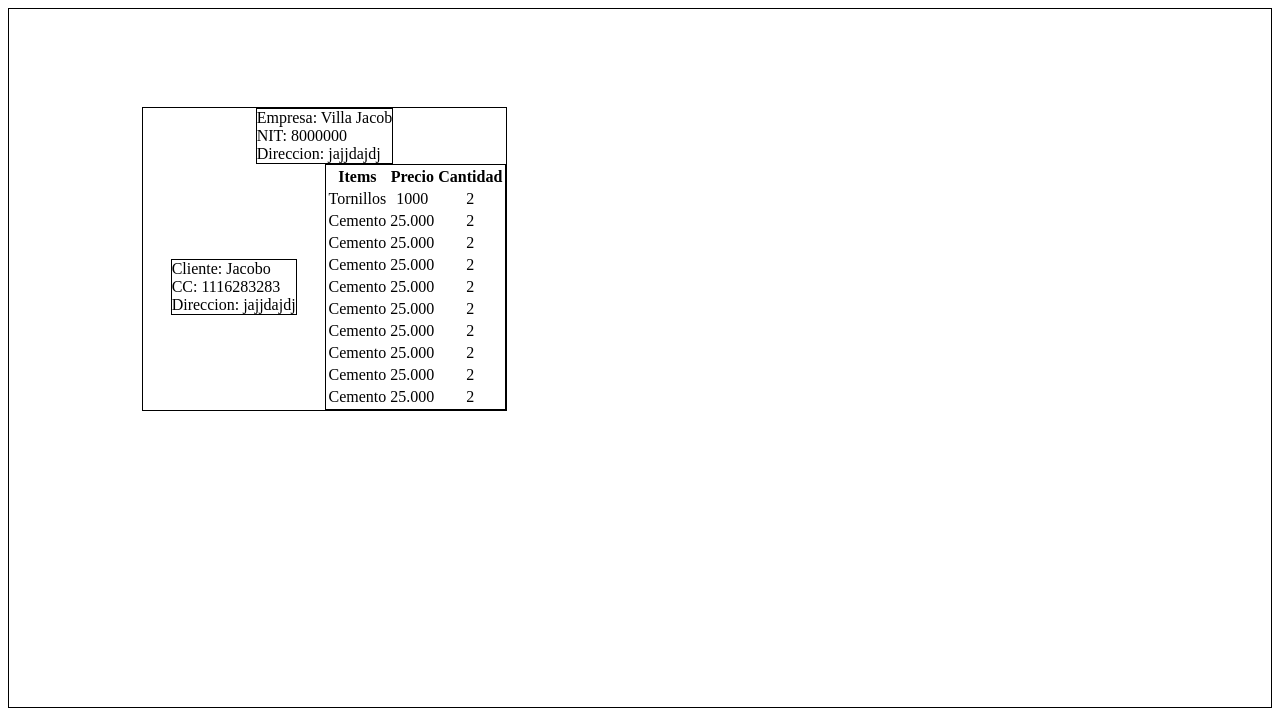
Repository: MrVanQish/FacturaEstructura
Page: index.html
The author's editor kept a copy of each file at every save. The page is drawn from the files as they stood at one save, then again after the next save.
The browser window is 1280 px wide. The pictures show the whole page.

Above is the page before, as saved 2021-09-29 10:09:22.

### index.html
<!DOCTYPE html>
<html lang="en">
<head>
    <meta charset="UTF-8">
    <meta http-equiv="X-UA-Compatible" content="IE=edge">
    <meta name="viewport" content="width=device-width, initial-scale=1.0">
    <title>Document</title>
    <link rel="stylesheet" href="styles.css">
</head>
<body>

    <div class="wrapper">

        <div class="factura1">
                <div class="infoEmpresa-f">
                    Empresa: Villa Jacob
                    <br>
                    NIT: 8000000
                    <br>
                    Direccion: jajjdajdj
                </div>
                <div class="infoCliente-f">
                    Cliente: Jacobo
                    <br>
                    CC: 1116283283
                    <br>
                    Direccion: jajjdajdj
                </div>
                <div class="items-f">

                    <table>

                        <tr>

                            <th>Items</th>

                            <th>Precio</th>

                            <th>Cantidad</th>


                        </tr>

                          <tr>

                            <td>Tornillos</td>

                            <td>1000</td>

                            <td>2</td>

                          </tr>

                          <tr>

                            <td>Cemento</td>

                            <td>25.000</td>

                            <td>2</td>

                          </tr>


                          <tr>

                            <td>Cemento</td>

                            <td>25.000</td>

                            <td>2</td>

                          </tr>

                          <tr>

                            <td>Cemento</td>

                            <td>25.000</td>

                            <td>2</td>

                          </tr>

                          <tr>

                            <td>Cemento</td>

                            <td>25.000</td>

                            <td>2</td>

                          </tr>

                          <tr>

                            <td>Cemento</td>

                            <td>25.000</td>

                            <td>2</td>

                          </tr>

                          <tr>

                            <td>Cemento</td>

                            <td>25.000</td>

                            <td>2</td>

                          </tr>


                          <tr>

                            <td>Cemento</td>

                            <td>25.000</td>

                            <td>2</td>

                          </tr>


                          <tr>

                            <td>Cemento</td>

                            <td>25.000</td>

                            <td>2</td>

                          </tr>

                          <tr>

                            <td>Cemento</td>

                            <td>25.000</td>

                            <td>2</td>

                          </tr>






                      </table>



                </div>

                <!-- //t -->
            <div class="body-f">

            </div>
        </div>


    </div>

</body>
</html>

### styles.css
@page {
    size: A4 landscape;
}

.wrapper {
    height: 97vh;
    border: 1px solid #000;
    display: grid;
    grid-template-columns: 1fr 1fr;
    grid-template-rows: 500px;
    grid-template-areas:
      "f1 f2";
  }

  .factura1 {

    display: grid;
    grid-area: f1;
    align-self: center;
    justify-self: center;
    border: 1px solid #000;
    grid-template-columns: 1fr 1fr;
    grid-template-rows: 1fr auto;
    grid-template-areas:
      "infoEmpresa-f infoEmpresa-f"
      "infoCliente-f items-f" ;
  }


.infoEmpresa-f{

    grid-area: infoEmpresa-f;
    border: 1px solid #000;
    align-self: center;
    justify-self: center;

}

.infoCliente-f{
    grid-area: infoCliente-f;
    border: 1px solid #000;
    align-self: center;
    justify-self: center;
}

.items-f{
    grid-area: items-f;
    border: 1px solid #000;
    align-self: center;
    justify-self: center;
    text-align: center;
}

After the next save:
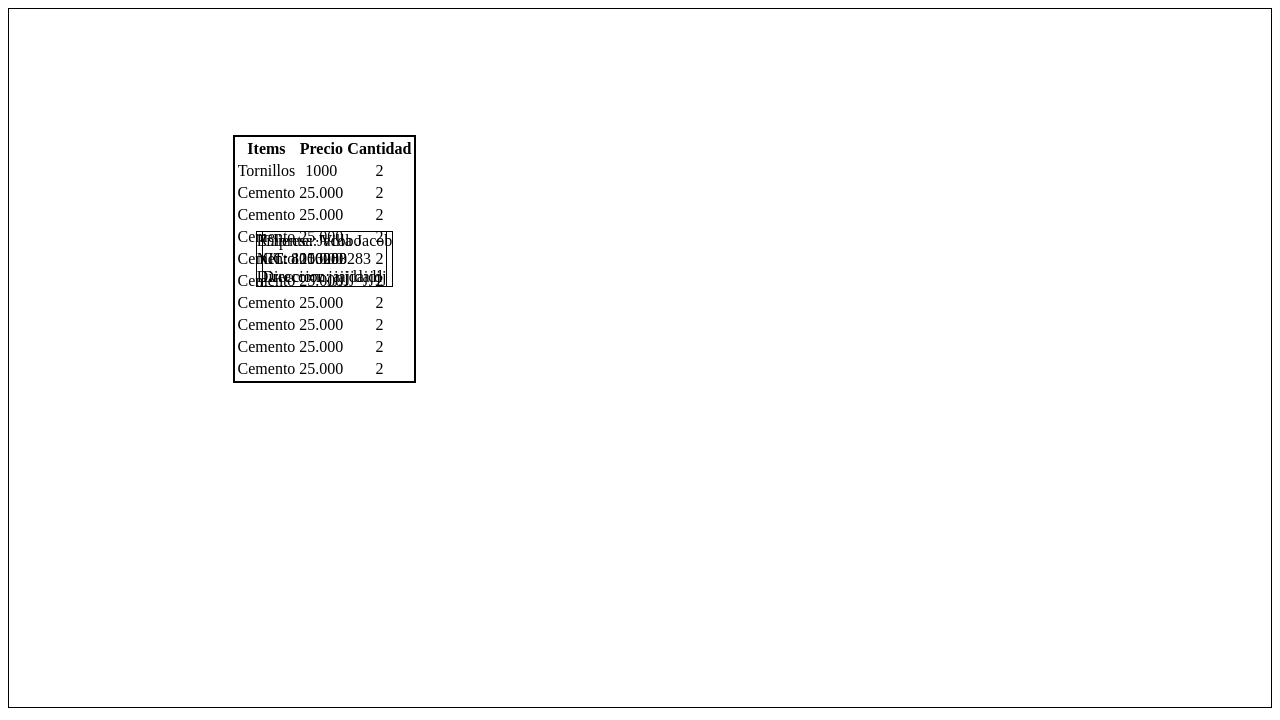
Saved 20 s later.
--- a/styles.css
+++ b/styles.css
@@ -22,7 +22,7 @@
     grid-template-columns: 1fr 1fr;
     grid-template-rows: 1fr auto;
     grid-template-areas:
-      "infoEmpresa-f infoEmpresa-f"
+      "infoEmpresa-f"
       "infoCliente-f items-f" ;
   }
 

After the save that followed:
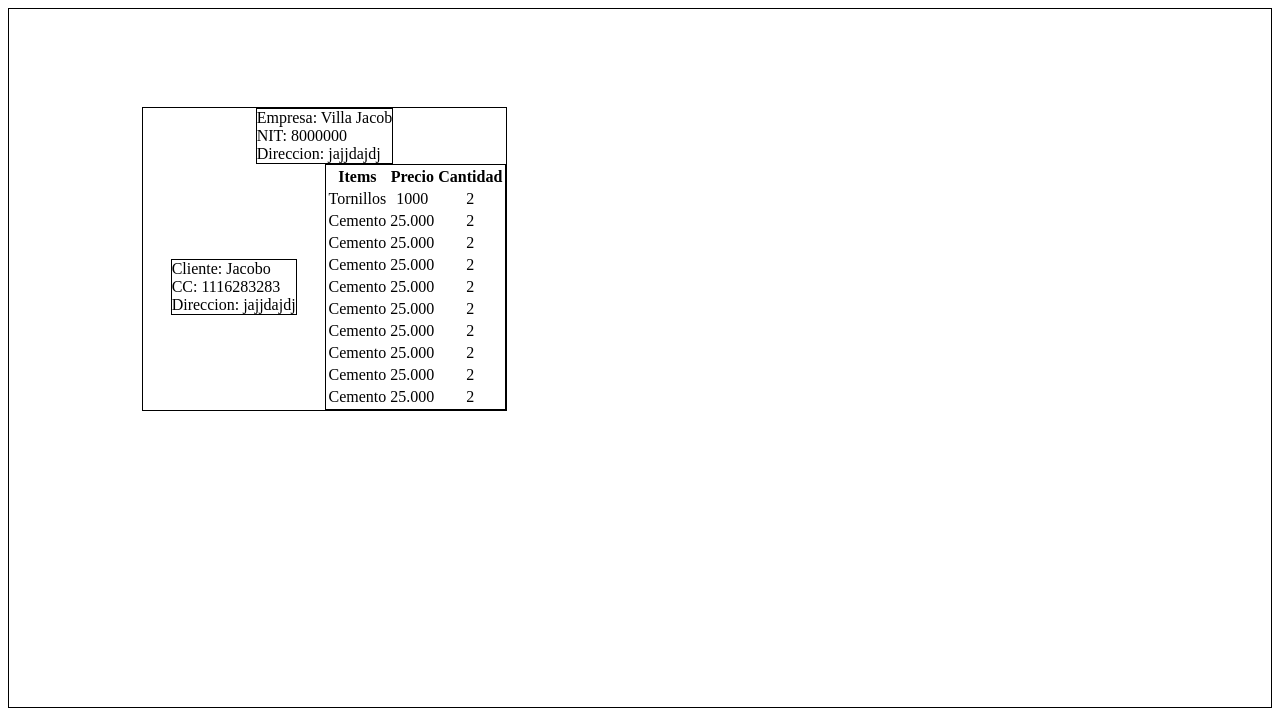
Saved 4 s later.
--- a/styles.css
+++ b/styles.css
@@ -22,7 +22,7 @@
     grid-template-columns: 1fr 1fr;
     grid-template-rows: 1fr auto;
     grid-template-areas:
-      "infoEmpresa-f"
+      "infoEmpresa-f infoEmpresa-f"
       "infoCliente-f items-f" ;
   }
 
